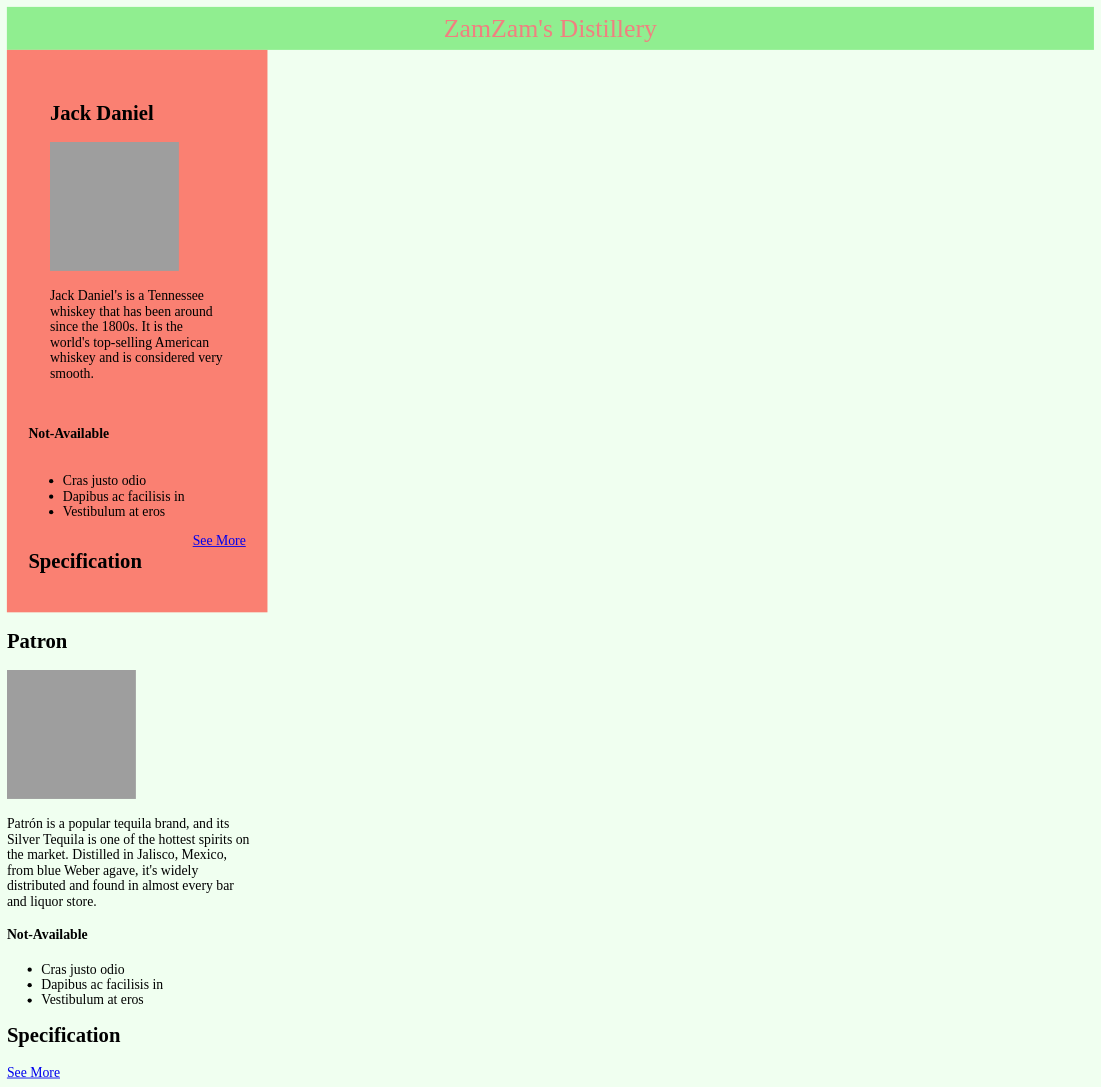
Repository: ZamlZam/REPO-11
Page: product-cards/index.html
These files come from the project's save history. The page is drawn as it stood at one moment and after the next save; the edit follows.
The browser window is 1280 px wide. The pictures show the whole page, at 86% of full size.
Pictures or frames that could not be fetched are drawn as grey boxes.

Above is the page before, as saved 2023-04-14 17:13:22.

### product-cards/index.html
<!DOCTYPE html>
<html lang="en">
<head>
  <meta charset="UTF-8">
  <meta http-equiv="X-UA-Compatible" content="IE=edge">
  <meta name="viewport" content="width=device-width, initial-scale=1.0">
  <title>Document</title>
  <link rel="stylesheet" href="main.css">
</head>
<body>

  <div class ="wrapper">
    <div class="header"> ZamZam's Distillery</div>

  <div class="card-wrap">
    <div class="card-item"></div>
    <div class="card1" style="width: 18rem;">
      <h2 class="whiskey">Jack Daniel</h2>
     <img src="https://www.finewinedelivery.co.nz/content/products/original/16561.jpg?width=1136" height = "150px" width="150px" alt="">
    <div class="card-body">

      <p class="card-text">Jack Daniel's is a Tennessee whiskey that has been around since the 1800s. It is the world's top-selling American whiskey and is considered very smooth.</p>
    </div>
  </div>
    <h4 class="Available">Not-Available</h4>
    <ul class="list-group list-group-flush">
      <li class="list-group-item">Cras justo odio</li>
      <li class="list-group-item">Dapibus ac facilisis in</li>
      <li class="list-group-item">Vestibulum at eros</li>
    </ul>
    <h2 class="specification">Specification</h2>
    <div class="card-body">
      <a href="#" class="btn btn-primary">See More</a>

    </div>
  </div>
  </div>


  <div class="card-wrap2">
    <div class="card2" style="width: 18rem;">
      <h2 class="tequila">Patron</h2>
     <img src="https://th.bing.com/th/id/OIP.omD1u9-5BvE0kcntTUyq4AHaGJ?pid=ImgDet&rs=1" height = "150px" width="150px" alt="">
    <div class="card-body">

      <p class="card-text">Patrón is a popular tequila brand, and its Silver Tequila is one of the hottest spirits on the market. Distilled in Jalisco, Mexico, from blue Weber agave, it's widely distributed and found in almost every bar and liquor store.</p>
    </div>
  </div>
    <h4 class="Available">Not-Available</h4>
    <ul class="list-group list-group-flush">
      <li class="list-group-item">Cras justo odio</li>
      <li class="list-group-item">Dapibus ac facilisis in</li>
      <li class="list-group-item">Vestibulum at eros</li>
    </ul>
    <h2 class="specification">Specification</h2>
    <div class="card-body">
      <a href="#" class="btn btn-primary">See More</a>

    </div>
  </div>
  </div>
</body>


</html>

### product-cards/main.css
body{
  background-color:honeydew;
}

.wrapper .header {
  width: 100%;
  height: 50px;
  background: lightgreen;
  color: lightcoral;
  text-align: center;
  align-items: center;
  font-size: 30px;
  display:flex;
  justify-content: center;
  font-weight:500;
}

.card-wrap {
  padding: 25px;
  background-color:salmon;
  width: 20%;
  height: 100%;
  display: flex;
  justify-content: space-between;
  flex-wrap: wrap;
}

.card-wrap .card1 {
  padding: 15px 25px;
  width: 25%;
}

After the next save:
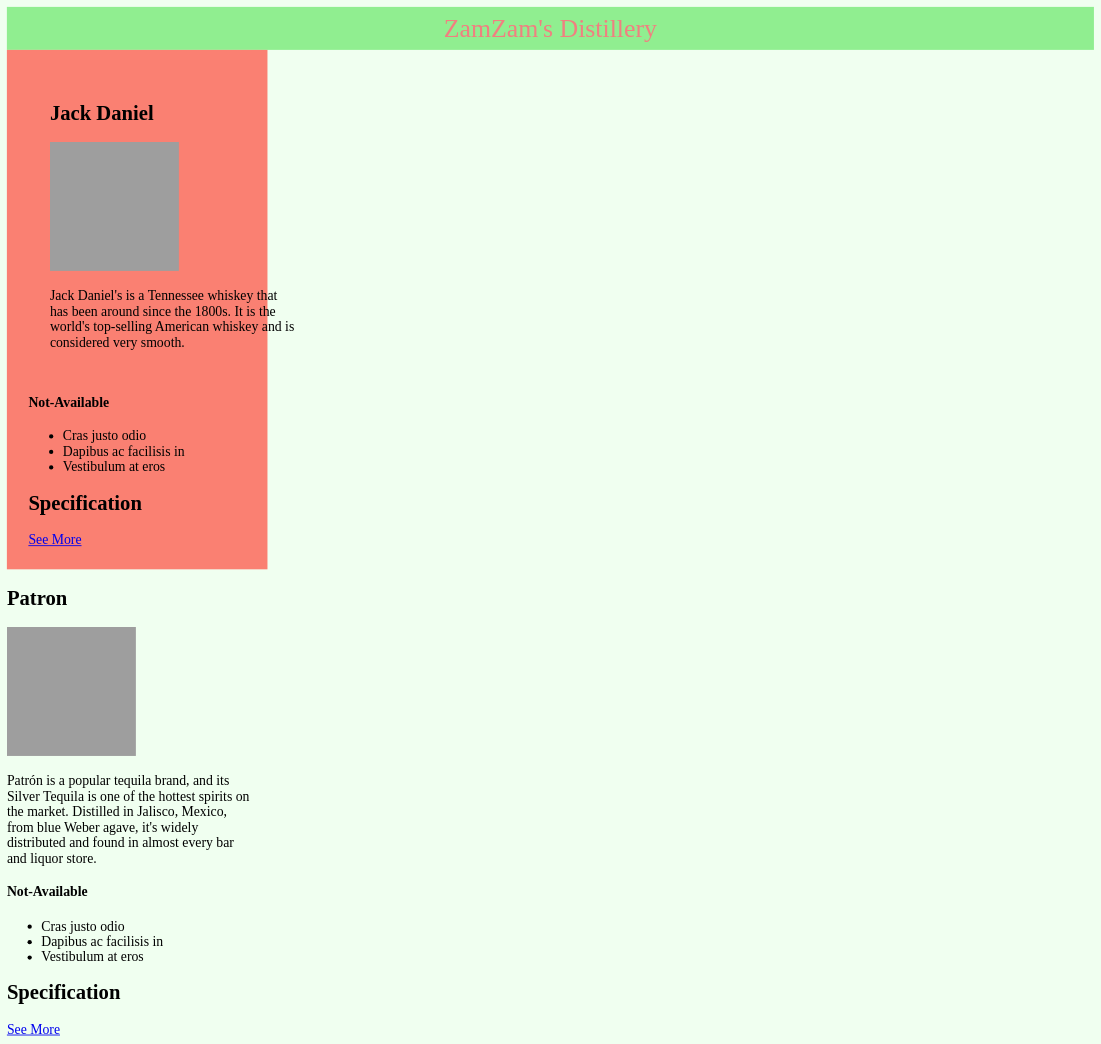
Saved 6 s later.
--- a/product-cards/index.html
+++ b/product-cards/index.html
@@ -13,7 +13,7 @@
     <div class="header"> ZamZam's Distillery</div>
 
   <div class="card-wrap">
-    <div class="card-item"></div>
+    <div class="card-item">
     <div class="card1" style="width: 18rem;">
       <h2 class="whiskey">Jack Daniel</h2>
      <img src="https://www.finewinedelivery.co.nz/content/products/original/16561.jpg?width=1136" height = "150px" width="150px" alt="">
